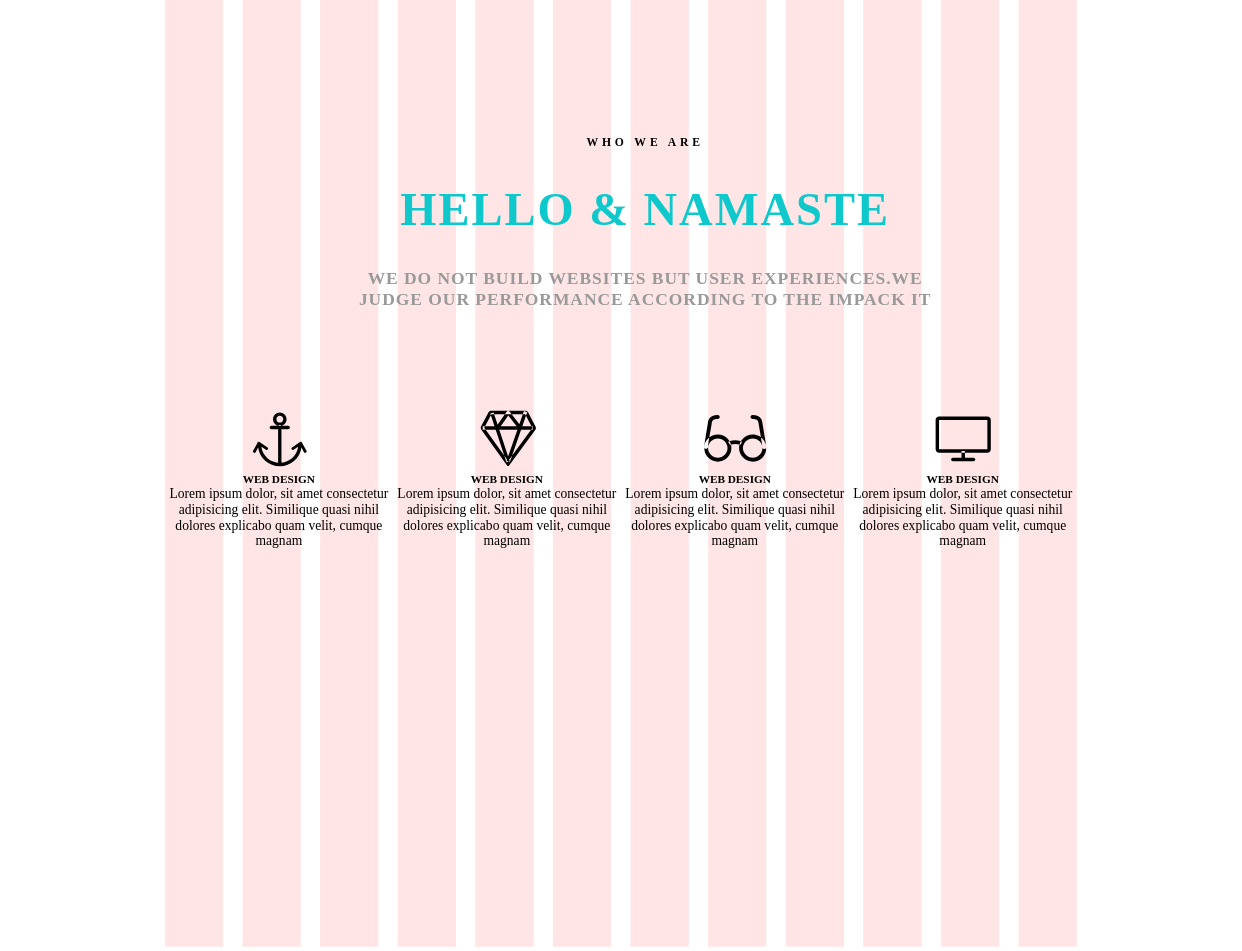
Repository: shpakovskaya/github.io
Page: boxsizing/namastegreen/index.html
An editor plug-in stored every save of this project. The page is shown before and after the next save, followed by the edit.
The browser window is 1280 px wide. The pictures show the whole page, at 97% of full size.

Above is the page before, as saved 2021-11-22 21:51:05.

### boxsizing/namastegreen/index.html
<!DOCTYPE html>
<html lang="en">
  <head>
    <meta charset="UTF-8" />
    <meta http-equiv="X-UA-Compatible" content="IE=edge" />
    <meta name="viewport" content="width=device-width, initial-scale=1.0" />
    <title>namaste_green</title>
    <link
      rel="stylesheet"
      href="https://cdnjs.cloudflare.com/ajax/libs/normalize/8.0.1/normalize.min.css"
      integrity="sha512-NhSC1YmyruXifcj/KFRWoC561YpHpc5Jtzgvbuzx5VozKpWvQ+4nXhPdFgmx8xqexRcpAglTj9sIBWINXa8x5w=="
      crossorigin="anonymous"
      referrerpolicy="no-referrer"
    />
    <link
      rel="shortcut icon"
      href="./free-icon-sahasrara-5937794.ico"
      type="image/x-icon"
    />
    <!-- Fonts -->
    <link rel="stylesheet" href="./montserrat/Montserrat-Regular.ttf" />
    <link rel="stylesheet" href="./montserrat/Montserrat-Bold.ttf" />
    <link rel="preconnect" href="https://fonts.googleapis.com" />
    <link rel="preconnect" href="https://fonts.gstatic.com" crossorigin />
    <link
      href="https://fonts.googleapis.com/css2?family=PT+Sans&display=swap"
      rel="stylesheet"
    />
    <link rel="stylesheet" href="./style.css" />
  </head>
  <body>
    <!-- Background -->
    <div class="conteiner">
      <img
        src="./img/1b0eb2e9-f134-46c9-915e-629d914347aa (1).png"
        alt="background"
      />
      <!-- Header -->
      <header class="header conteiner">
        <header class="header__wrapper">
          <h5 class="e-header__one">WHO WE ARE</h5>
          <h2 class="e-header__two">HELLO & NAMASTE</h2>
          <h4 class="e-header__three">
            WE DO NOT BUILD WEBSITES BUT USER EXPERIENCES.WE
            <br />JUDGE OUR PERFORMANCE ACCORDING TO THE IMPACK IT
          </h4>
        </header>
      </header>
      <!-- Main content -->
      <div class="wrapper">
        <!-- Anchor item -->
        <div class="c-wrapper__anchor">
          <div class="e-wrapper__anchor">
            <svg
              version="1.2"
              baseprofile="tiny-ps"
              xmlns="http://www.w3.org/2000/svg"
              viewbox="0 0 69 74"
              width="64"
              height="64"
            >
              <path
                id="Anchor"
                class="shp0"
                d="M35 70.19C21.76 70.19 10.62 60.29 9.08 47.16C8.95 46.06 9.73 45.07 10.83 44.94C11.92 44.8 12.92 45.59 13.05 46.69C14.35 57.81 23.79 66.19 35 66.19C46.19 66.19 55.63 57.82 56.95 46.73C57.08 45.63 58.07 44.84 59.17 44.98C60.27 45.11 61.06 46.1 60.92 47.2C59.36 60.31 48.22 70.19 35 70.19ZM35 69.68C33.89 69.68 33 68.79 33 67.68L33 22.56C33 21.45 33.89 20.56 35 20.56C36.1 20.56 37 21.45 37 22.56L37 67.68C37 68.79 36.1 69.68 35 69.68ZM35.03 9.94C37.27 9.94 39.09 11.76 39.09 14C39.09 16.24 37.27 18.06 35.03 18.06C32.79 18.06 30.97 16.24 30.97 14C30.97 11.76 32.79 9.94 35.03 9.94M35.03 5.94C30.58 5.94 26.97 9.55 26.97 14C26.97 18.45 30.58 22.06 35.03 22.06C39.48 22.06 43.09 18.45 43.09 14C43.09 9.55 39.48 5.94 35.03 5.94L35.03 5.94ZM59.4 45.16L51.49 50.54C50.81 50.97 49.89 50.95 49.48 50.25L49.07 49.8C48.67 49.1 48.89 48.18 49.57 47.74L58.67 41.6C58.68 41.59 58.69 41.58 58.7 41.57L59.32 41.17C59.66 40.95 60.05 40.9 60.4 40.99C60.76 41.07 61.09 41.3 61.29 41.65L61.66 42.28C61.67 42.3 61.66 42.31 61.67 42.32L66.81 51.78C67.22 52.48 67 53.39 66.32 53.83L65.75 54.05C65.07 54.48 64.23 54.09 63.82 53.39L59.4 45.16ZM6.18 53.39C5.77 54.09 4.93 54.48 4.25 54.05L3.68 53.83C3 53.39 2.78 52.48 3.19 51.78L8.33 42.32C8.34 42.31 8.33 42.3 8.34 42.28L8.71 41.65C8.91 41.3 9.24 41.07 9.6 40.99C9.95 40.9 10.34 40.95 10.68 41.17L11.3 41.57C11.31 41.58 11.32 41.59 11.33 41.6L20.43 47.74C21.11 48.18 21.33 49.1 20.93 49.8L20.52 50.25C20.11 50.95 19.19 50.97 18.51 50.54L10.6 45.16L6.18 53.39ZM25 22L45 22C46.1 22 47 22.89 47 24C47 25.1 46.1 26 45 26L25 26C23.9 26 23 25.1 23 24C23 22.89 23.9 22 25 22Z"
              />
            </svg>
          </div>
          <div class="title">
            <h5 class="title__anchor">WEB DESIGN</h5>
          </div>
          <div class="text__anchor">
            <span
              >Lorem ipsum dolor, sit amet consectetur adipisicing elit.
              Similique quasi nihil dolores explicabo quam velit, cumque magnam
            </span>
          </div>
        </div>
        <!-- Diamond item -->
        <div class="c-wrapper__diamond">
          <div class="e-wrapper__diamond">
            <svg
              version="1.2"
              baseprofile="tiny-ps"
              xmlns="http://www.w3.org/2000/svg"
              viewbox="0 0 74 72"
              width="66"
              height="64"
            >
              <path
                id="Diamond"
                class="shp0"
                d="M57.75 7.98L66.06 23.88L37.94 62.17L10.27 23.59L18.57 7.98L57.75 7.98M58.17 3.98L18.17 3.98C17.07 3.98 15.74 4.77 15.23 5.75L6.51 22.14C5.99 23.11 6.09 24.63 6.73 25.53L36.74 67.35C37.06 67.8 37.49 68.03 37.91 68.03C38.34 68.03 38.76 67.81 39.09 67.36L69.58 25.85C70.23 24.96 70.35 23.44 69.84 22.47L61.09 5.75C60.58 4.78 59.27 3.98 58.17 3.98L58.17 3.98ZM66.42 25.98L8.42 25.98L8.42 21.98L66.42 21.98L66.42 25.98ZM36.02 63.61L17.27 7.11L21.06 5.85L39.81 62.35L36.02 63.61ZM39.96 63.18L36.18 61.86L56.28 4.32L60.06 5.64L39.96 63.18ZM27.14 25.12L23.86 22.83L36.39 4.83C36.76 4.31 37.35 3.99 37.98 3.97C38.59 3.98 39.22 4.24 39.61 4.75L53.08 22.08L49.92 24.54L38.12 9.35L27.14 25.12Z"
              />
            </svg>
          </div>
          <div class="title">
            <h5 class="title__diamond">WEB DESIGN</h5>
          </div>
          <div class="text__diamond">
            <span
              >Lorem ipsum dolor, sit amet consectetur adipisicing elit.
              Similique quasi nihil dolores explicabo quam velit, cumque magnam
            </span>
          </div>
        </div>
        <!-- Eyeglasses item -->
        <div class="c-wrapper__eyeglasses">
          <div class="e-wrapper__eyeglasses">
            <svg
              version="1.2"
              baseprofile="tiny-ps"
              xmlns="http://www.w3.org/2000/svg"
              viewbox="0 0 64 48"
              width="64"
              height="64"
            >
              <path
                id="Eyeglasses"
                class="shp0"
                d="M1.91 34.69C1.86 34.69 1.81 34.69 1.77 34.69C0.66 34.61 -0.17 33.65 -0.09 32.55C-0.03 31.68 3.03 12.72 3.54 9.66C3.59 9.37 3.62 9.06 3.67 8.73C4.06 5.65 4.79 -0.06 14.01 -0.06C15.12 -0.06 16.01 0.83 16.01 1.94C16.01 3.04 15.12 3.94 14.01 3.94C8.31 3.94 8.01 6.28 7.63 9.24C7.59 9.62 7.54 9.98 7.48 10.32C7.09 12.7 4.32 26.99 3.9 32.83C3.83 33.89 2.95 34.69 1.91 34.69ZM62.09 34.82C61.05 34.82 59.97 34.01 59.9 32.96C59.48 27.12 56.71 12.7 56.32 10.32C56.26 9.98 56.21 9.62 56.17 9.24C55.79 6.28 55.49 3.94 49.79 3.94C48.69 3.94 47.79 3.04 47.79 1.94C47.79 0.83 48.69 -0.06 49.79 -0.06C59.01 -0.06 59.74 5.65 60.13 8.73C60.18 9.06 60.21 9.37 60.26 9.66C60.77 12.72 64.03 31.81 64.09 32.67C64.17 33.78 63.34 34.73 62.23 34.81C62.19 34.82 62.14 34.82 62.09 34.82ZM14.08 24.02C19.58 24.02 24.04 28.48 24.04 33.98C24.04 39.47 19.58 43.94 14.08 43.94C8.57 43.94 3.92 39.38 3.92 33.98C3.92 28.58 8.57 24.02 14.08 24.02M14.08 20.02C6.37 20.02 -0.08 26.27 -0.08 33.98C-0.08 41.69 6.37 47.94 14.08 47.94C21.79 47.94 28.04 41.69 28.04 33.98C28.04 26.27 21.79 20.02 14.08 20.02L14.08 20.02ZM50.08 24.02C55.57 24.02 60.04 28.48 60.04 33.98C60.04 39.47 55.57 43.94 50.08 43.94C44.57 43.94 39.91 39.38 39.91 33.98C39.91 28.58 44.57 24.02 50.08 24.02M50.08 20.02C42.37 20.02 35.91 26.27 35.91 33.98C35.91 41.69 42.37 47.94 50.08 47.94C57.79 47.94 64.04 41.69 64.04 33.98C64.04 26.27 57.79 20.02 50.08 20.02L50.08 20.02ZM26.87 30.96L24.69 27.6C24.97 27.42 27.51 25.83 31.98 25.83C36.25 25.83 38.86 27.23 39.15 27.39L37.18 30.88C37.18 30.88 35.21 29.83 31.98 29.83C28.71 29.83 26.89 30.94 26.87 30.96Z"
              />
            </svg>
          </div>
          <div class="title">
            <h5 class="title__eyeglasses">WEB DESIGN</h5>
          </div>
          <div class="text__eyeglasses">
            <span
              >Lorem ipsum dolor, sit amet consectetur adipisicing elit.
              Similique quasi nihil dolores explicabo quam velit, cumque magnam
            </span>
          </div>
        </div>
        <!-- Monitor item -->
        <div class="c-wrapper__monitor">
          <div class="e-wrapper__monitor">
            <svg
              version="1.2"
              baseprofile="tiny-ps"
              xmlns="http://www.w3.org/2000/svg"
              viewbox="0 0 72 65"
              width="64"
              height="64"
            >
              <path
                id="Monitor"
                class="shp0"
                d="M64 10.98L64 44.99L8 44.99L8 10.98L64 10.98M64 6.98L8 6.98C5.8 6.98 4 8.78 4 10.98L4 44.99C4 47.19 5.8 48.99 8 48.99L64 48.99C66.2 48.99 68 47.19 68 44.99L68 10.98C68 8.78 66.2 6.98 64 6.98L64 6.98ZM38 47L38 55L48 55C49.1 55 50 55.9 50 57C50 58.1 49.1 59 48 59L24 59C22.9 59 22 58.1 22 57C22 55.9 22.9 55 24 55L34 55L34 47L38 47Z"
              />
            </svg>
          </div>
          <div class="title">
            <h5 class="title__monitor">WEB DESIGN</h5>
          </div>
          <div class="text__monitor">
            <span
              >Lorem ipsum dolor, sit amet consectetur adipisicing elit.
              Similique quasi nihil dolores explicabo quam velit, cumque magnam
            </span>
          </div>
        </div>
      </div>
    </div>
  </body>
</html>

### boxsizing/namastegreen/style.css
* {
  margin: 0;
  padding: 0;
  box-sizing: border-box;
}

.conteiner {
  max-width: 1280px;
  max-height: 976px;
  position: relative;
}

/* Header */
.header {
  position: absolute;
  top: 0px;
  left: 370px;
}

.header__wrapper {
  margin-top: 140px;
  text-align: center;
  /* display: flex;
  flex-direction: column; */
  /* justify-content: center; */
}
.e-header__one {
  font-size: 12px;
  font-family: Montserrat bold;
  letter-spacing: 4px;
  margin-bottom: 34px;
}

.e-header__two {
  font-size: 48px;
  font-family: Montserrat regular;
  color: #0ec8cb;
  margin-bottom: 34px;
  letter-spacing: 2px;
}

.e-header__three {
  font-size: 18px;
  letter-spacing: 1px;
  color: #999999;
}

/* Items */
.wrapper {
  position: absolute;
  top: 420px;
  left: 170px;
  display: flex;
  flex-direction: row;
  text-align: center;
  font-size: 14px;
  max-width: 940px;
  min-height: 418px;
}

.e-wrapper__anchor {
  display: inline-block;
  align-content: center;
}

/* .text__diamond,
.text__anchor,
.text__eyeglasses,
.text__monitor {
  margin: 32px;
} */

/* Items hover */
#Anchor:hover {
  fill: blue;
}

#Eyeglasses:hover {
  fill: blue;
}
#Monitor:hover {
  fill: blue;
}

#Diamond:hover {
  fill: blue;
}

After the next save:
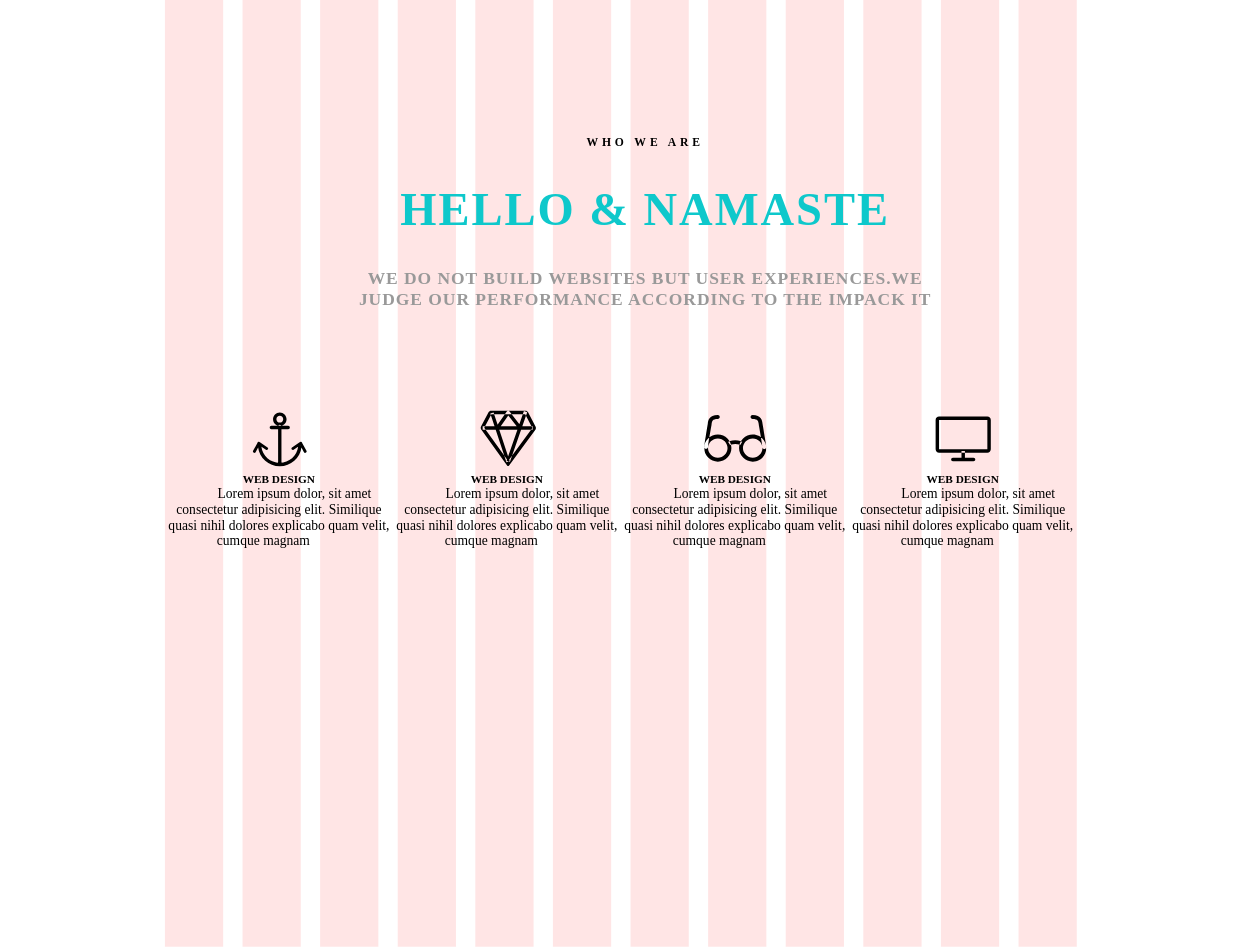
Saved 19 s later.
--- a/boxsizing/namastegreen/style.css
+++ b/boxsizing/namastegreen/style.css
@@ -62,6 +62,9 @@
   display: inline-block;
   align-content: center;
 }
+span {
+  margin: 32px;
+}
 
 /* .text__diamond,
 .text__anchor,

After the save that followed:
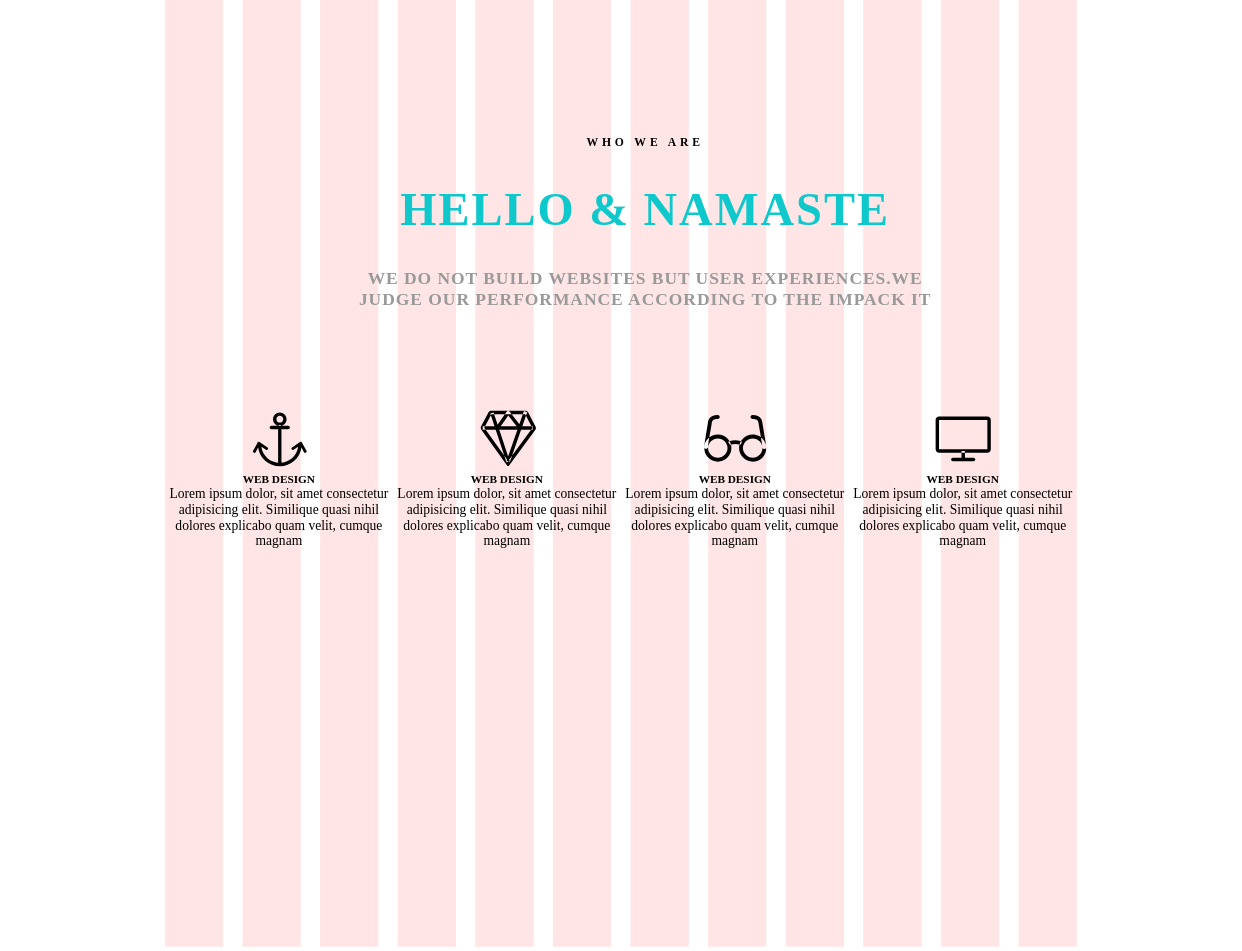
Saved 2 min 41 s later.
--- a/boxsizing/namastegreen/style.css
+++ b/boxsizing/namastegreen/style.css
@@ -62,7 +62,7 @@
   display: inline-block;
   align-content: center;
 }
-span {
+.text {
   margin: 32px;
 }
 
